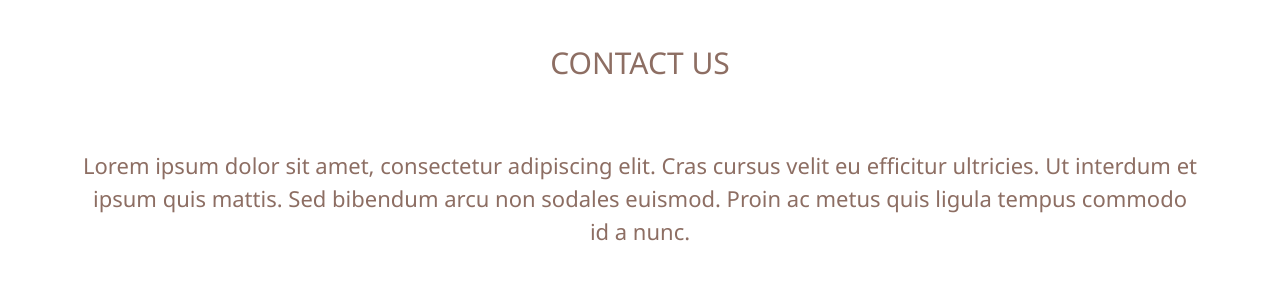
Repository: kaushalyaweerakoon/Plantation-Villa
Page: contact-us.html
The author's editor kept a copy of each file at every save. The page is drawn from the files as they stood at one save, then again after a run of saves.
The browser window is 1280 px wide. The pictures show the whole page.
Some web fonts or font styles are not loaded; a fallback is used.

Above is the page before, as saved 2022-08-15 10:31:45.
Not found: assets/js/main.js

### contact-us.html
<!doctype html>
<html lang="en">

<head>
    <meta charset="utf-8">
    <meta name="viewport" content="width=device-width, initial-scale=1">

    <title>Plantation Villa| News Inner</title>

    <!-- Bootstrap css -->
    <link href="https://cdn.jsdelivr.net/npm/bootstrap@5.2.0-beta1/dist/css/bootstrap.min.css" rel="stylesheet"
        integrity="sha384-0evHe/X+R7YkIZDRvuzKMRqM+OrBnVFBL6DOitfPri4tjfHxaWutUpFmBp4vmVor" crossorigin="anonymous">

    <!-- fonts -->
    <link href="http://fonts.cdnfonts.com/css/segoe-ui-4" rel="stylesheet">
    <link rel="preconnect" href="https://fonts.googleapis.com">
    <link rel="preconnect" href="https://fonts.gstatic.com" crossorigin>

    <!-- swiperJS -->
    <link rel="stylesheet" href="https://unpkg.com/swiper@8/swiper-bundle.min.css" />

    <!-- custom css -->
    <link rel="stylesheet" href="asserts/css/main.css">

</head>

<body>


    <!-- Section - 2(Featured Collections) -->
    <section class="container mt-md-4 mt-3 mb-5 pb-4">
        <p class="title pt-3">CONTACT US</p>

        <div class="text-center" id="" >
            <p class="text">
                Lorem ipsum dolor sit amet, consectetur adipiscing elit. Cras cursus velit eu efficitur ultricies. Ut
                interdum et ipsum quis mattis. Sed bibendum arcu non sodales euismod. Proin ac metus quis ligula tempus
                commodo id a nunc.
            </p>
        </div>
    </section>






    <!-- bootstrap -->
    <script src="https://cdn.jsdelivr.net/npm/bootstrap@5.2.0-beta1/dist/js/bootstrap.bundle.min.js"
        integrity="sha384-pprn3073KE6tl6bjs2QrFaJGz5/SUsLqktiwsUTF55Jfv3qYSDhgCecCxMW52nD2"
        crossorigin="anonymous"></script>

    <!-- swiperJS -->
    <script src="https://unpkg.com/swiper@8/swiper-bundle.min.js"></script>

    <!-- custom script -->
    <script src="assets/js/main.js"></script>


</body>

</html>

### asserts/css/main.css
/* Call the root */
:root {
  --Lora-font: 'Lora';
  --Segoe-font: 'Segoe UI';

  --font-size-14px: 18px;
  --font-size-20px: 20px;
  --font-size-22px: 22px;
  --font-size-25px: 25px;
  --font-size-30px: 30px;
  --font-size-35px: 35px;
  --font-size-40px: 40px;

  --font-color-8d6e63: #8d6e63;
  --font-color-3e2222: #3e2222;
  --bggreen: #7d824a;
  --co-white: #ffffff;
}

/* Create clases for fronts */
.Lora-ff {
  font-family: var(--Lora-font);
}

.Segoe-ff {
  font-family: var(--Segoe-font);
}

/* Create clases for front sizes*/
.fs-18-px {
  font-size: var(--font-size-18px)
}

.fs-20-px {
  font-size: var(--font-size-20px)
}

.fs-22-px {
  font-size: var(--font-size-22px)
}

.fs-25-px {
  font-size: var(--font-size-22px)
}

.fs-30-px {
  font-size: var(--font-size-30px)
}

.fs-35-px {
  font-size: var(--font-size-35px)
}

.fs-40-px {
  font-size: var(--font-size-40px)
}

/* Color */
.txt-purple {
  color: var(--font-color-8d6e63)
}

.txt-red {
  color: var(--font-color-3e2222)
}

/* news inner */

/* Breadcrumb */
.breadcrumb-text {
  text-decoration: none;
  color: var(--font-color-8d6e63);
  font-weight: normal;
}

.breadcrumb-text.active {
  color: var(--font-color-3e2222);
  text-decoration: none;
  font-weight: normal;
}

.breadcrumb-text:hover {
  font-size: var(--font-size-35px);
  color: var(--font-color-8d6e63);
  text-decoration: none;
}

.newsinner-date {
  color: var(--font-color-8d6e63);
  font-family: var(--Segoe-font);
  font-size: var(--font-size-20px);
}

.newsinner-head {
  color: var(--font-color-3e2222);
  font-family: var(--Lora-font);
  font-size: 45px;
  font-weight: normal;
}

.newsinner-text{
  font-size: var(--font-size-22px);
  font-family: var(--Segoe-font);
}

/* @media (min-width: 320px) {
  br.responsive {
    display: none;
  }
} */

/* Heading */

.title {
  font-size: var(--font-size-30px);
  font-family: var(--Segoe-font);
  color: var(--font-color-8d6e63);
  text-align: center;
  margin-bottom: clamp(40px, 5vw, 71px);
}
.text{
  font-size: var(--font-size-22px);
  font-family: var(--Segoe-font);
  color: var(--font-color-8d6e63);
}

After the next 7 saves:
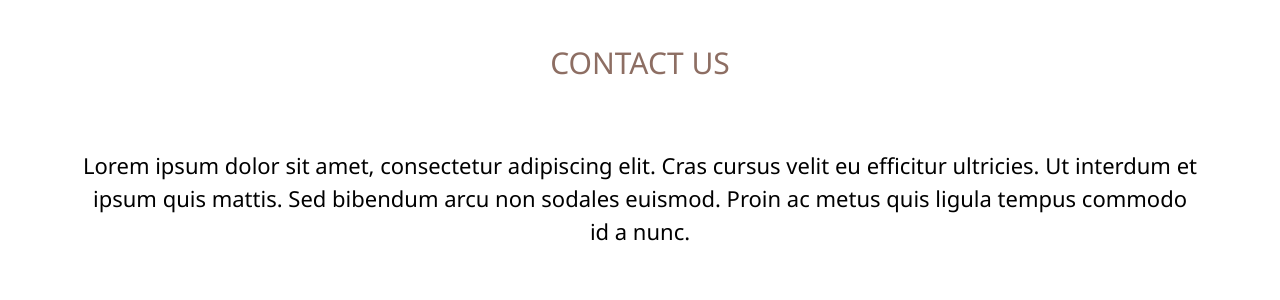
The 7 saves are shown as one change because they came seconds apart.
The last was saved 22 s later.
--- a/asserts/css/main.css
+++ b/asserts/css/main.css
@@ -121,5 +121,5 @@
 .text{
   font-size: var(--font-size-22px);
   font-family: var(--Segoe-font);
-  color: var(--font-color-8d6e63);
+  color: #000;
 }
